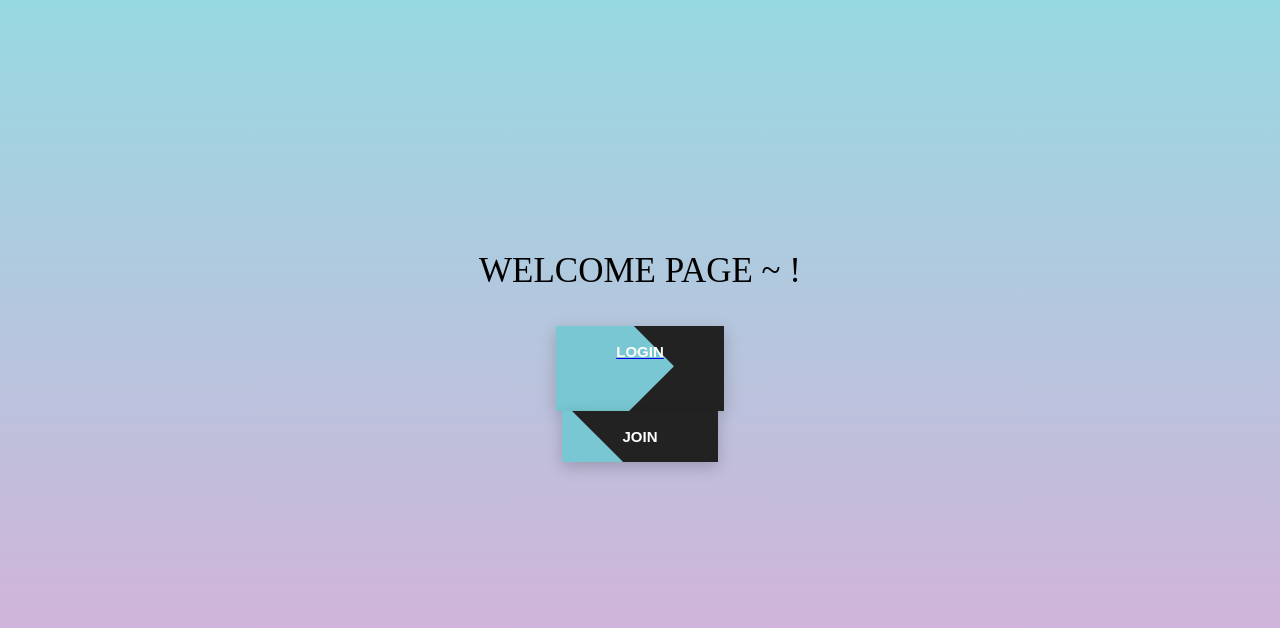
Repository: bbqju13/jsp0602
Page: http://localhost/project4/
The author's editor kept a copy of each file at every save. The page is drawn from the files as they stood at one save, then again after the next save.
The browser window is 1280 px wide. The pictures show the whole page.
Some web fonts or font styles are not loaded; a fallback is used. The page is served by Tomcat 9. Other server files are loaded and not shown.

Above is the page before, as saved 2023-05-30 02:20:55.

### jsp_project4/project4/src/main/webapp/index.jsp
<%@ page language="java" contentType="text/html; charset=UTF-8"
	pageEncoding="UTF-8"%>
<!DOCTYPE html>
<html>
<head>
<meta charset="UTF-8">
<link  rel="stylesheet" href="/resource/index/index.css">
<title>index</title>
</head>
<body>
	<div class="button_container">
		<p class="description">WELCOME PAGE ~ !</p>
		<a href="bcl"><button class="btn">
			<span>LOGIN</span> <br> <br> <br>
		</button></a>
		<a>
		<button class="btn">JOIN</button>
		</a>
	</div>
</body>
</html>

### jsp_project4/project4/src/main/webapp/resource/index/index.css
@charset "UTF-8";

@import url('https://fonts.googleapis.com/css?family=Amatic+SC');

body {
	margin: 0;
	height: 100%;
	background-image: linear-gradient(to top, #d9afd9 0%, #97d9e1 100%);
	background-repeat: no-repeat;
	background-size: cover;
	background-attachment: fixed;
}

.button_container {
	position: absolute;
	left: 0;
	right: 0;
	top: 30%;
}

.description, .link {
	font-family: 'Amatic SC', cursive;
	text-align: center;
}

.description {
	font-size: 35px;
}

.btn {
	border: none;
	display: block;
	text-align: center;
	cursor: pointer;
	text-transform: uppercase;
	outline: none;
	overflow: hidden;
	position: relative;
	color: #fff;
	font-weight: 700;
	font-size: 15px;
	background-color: #222;
	padding: 17px 60px;
	margin: 0 auto;
	box-shadow: 0 5px 15px rgba(0, 0, 0, 0.20);
}

.btn span {
	position: relative;
	z-index: 1;
}

.btn:after {
	content: "";
	position: absolute;
	left: 0;
	top: 0;
	height: 490%;
	width: 140%;
	background: #78c7d2;
	-webkit-transition: all .5s ease-in-out;
	transition: all .5s ease-in-out;
	-webkit-transform: translateX(-98%) translateY(-25%) rotate(45deg);
	transform: translateX(-98%) translateY(-25%) rotate(45deg);
}

.btn:hover:after {
	-webkit-transform: translateX(-9%) translateY(-25%) rotate(45deg);
	transform: translateX(-9%) translateY(-25%) rotate(45deg);
}

.link {
	font-size: 20px;
	margin-top: 30px;
}

.link a {
	color: #000;
	font-size: 25px;
}

After the next save:
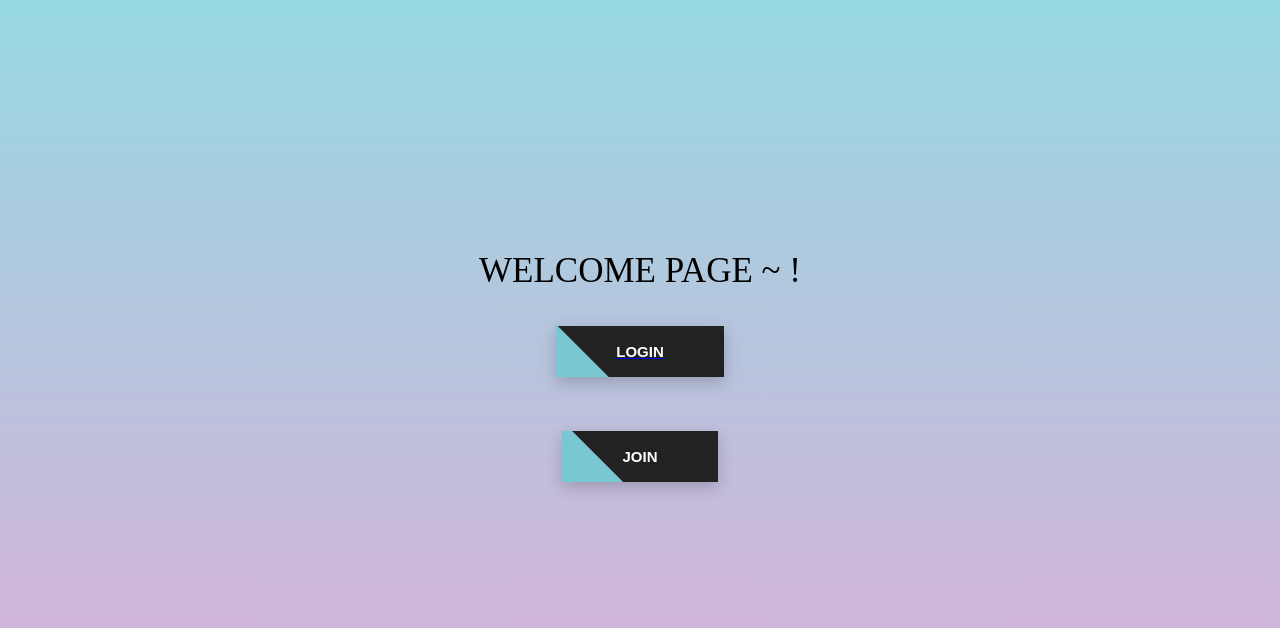
Saved 15 s later.
--- a/jsp_project4/project4/src/main/webapp/index.jsp
+++ b/jsp_project4/project4/src/main/webapp/index.jsp
@@ -11,8 +11,8 @@
 	<div class="button_container">
 		<p class="description">WELCOME PAGE ~ !</p>
 		<a href="bcl"><button class="btn">
-			<span>LOGIN</span> <br> <br> <br>
-		</button></a>
+			<span>LOGIN</span>
+		</button></a> <br> <br> <br>
 		<a>
 		<button class="btn">JOIN</button>
 		</a>
